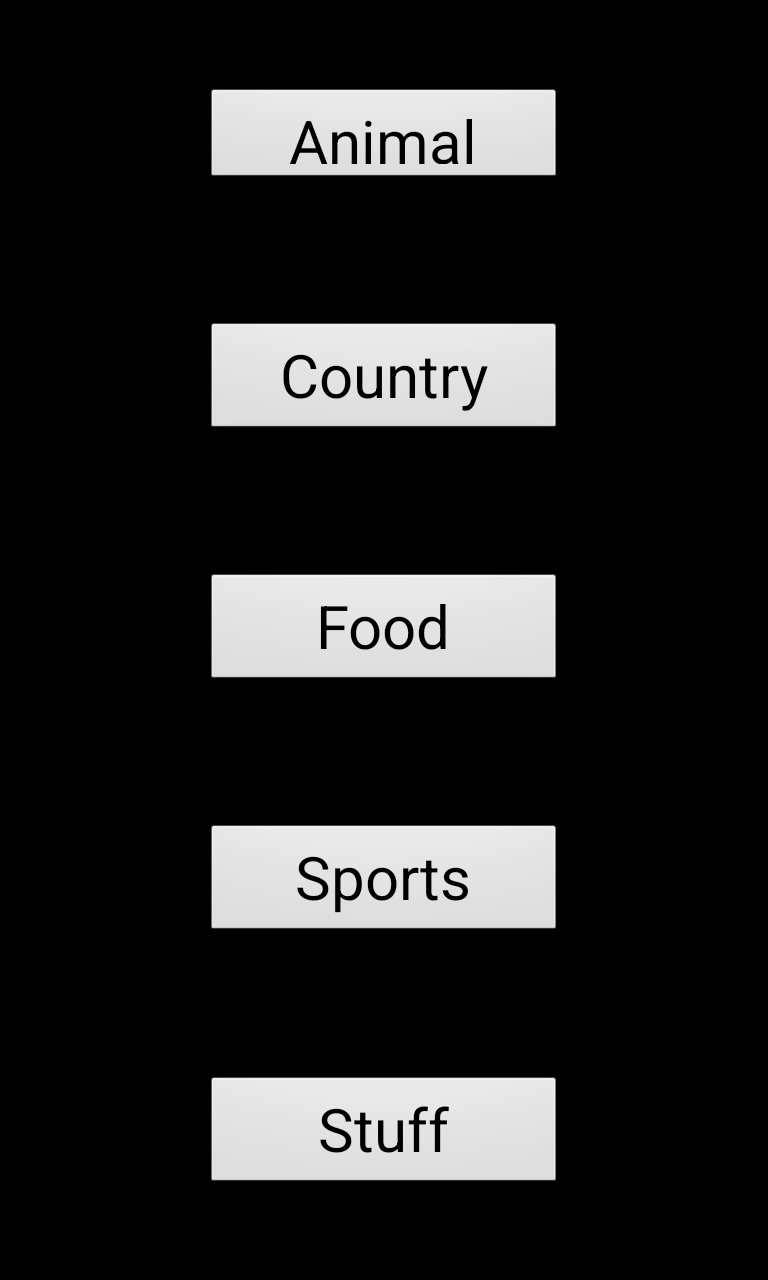
Repository: aster9725/HK-CityU-SummerExchange
Layout: Copy of WordQuiz/res/layout/activity_category.xml
These files come from the project's save history. The layout is drawn as it stood at one moment and after the next save; the edit follows.
It is drawn on a 768 x 1280 px phone screen (xhdpi) without system bars, with theme android:Theme; the app's code is not run.

Above is the layout before, as saved 2014-07-24 10:05:35.

After the next save:
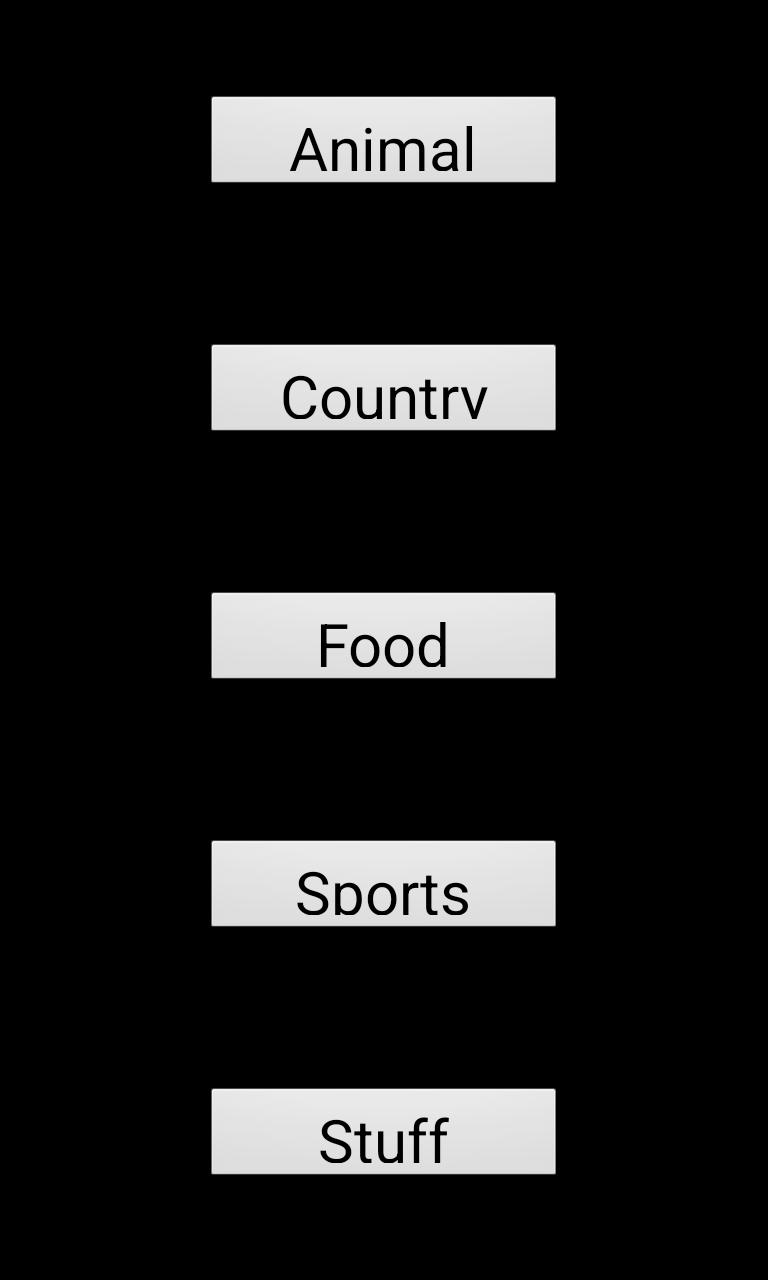
Saved 19 s later.
--- a/Copy of WordQuiz/res/layout/activity_category.xml
+++ b/Copy of WordQuiz/res/layout/activity_category.xml
@@ -31,7 +31,7 @@
         <Button
             android:id="@+id/category_country"
             android:layout_width="180sp"
-            android:layout_height="wrap_content"
+            android:layout_height="50sp"
             android:text="Country"
             android:textSize="30sp" />
     </LinearLayout>
@@ -46,7 +46,7 @@
         <Button
             android:id="@+id/category_food"
             android:layout_width="180sp"
-            android:layout_height="wrap_content"
+            android:layout_height="50sp"
             android:text="Food"
             android:textSize="30sp" />
     </LinearLayout>
@@ -61,7 +61,7 @@
         <Button
             android:id="@+id/category_sport"
             android:layout_width="180sp"
-            android:layout_height="wrap_content"
+            android:layout_height="50sp"
             android:text="Sports"
             android:textSize="30sp" />
     </LinearLayout>
@@ -76,7 +76,7 @@
         <Button
             android:id="@+id/category_stuff"
             android:layout_width="180sp"
-            android:layout_height="wrap_content"
+            android:layout_height="50sp"
             android:text="Stuff"
             android:textSize="30sp" />
     </LinearLayout>
